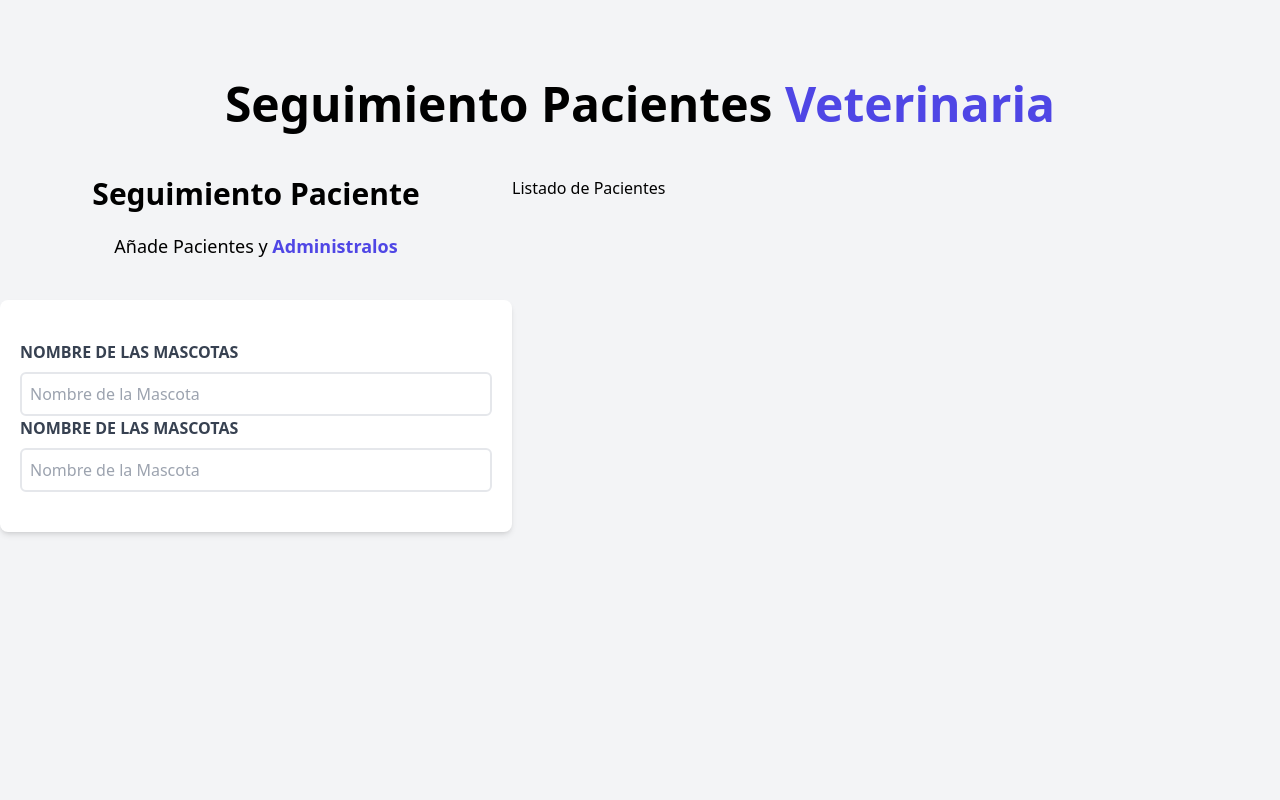
Repository: richardacb/citas_react_vite
Page: /
The author's editor kept a copy of each file at every save. The page is drawn from the files as they stood at one save, then again after a run of saves.
The browser window is 1280 px wide. The pictures show the whole page.
The project was rebuilt for these pictures with package versions that can differ from the ones it lists, and the page was loaded fresh each time. Also part of the build but not shown: vite.config.js.

Above is the page before, as saved 2022-12-17 02:48:52.

### src/App.jsx
import { useState } from "react";
import Header from "./components/Header";
import Formulario from "./components/Formulario";
import ListadoPacientes from "./components/ListadoPacientes";

function App() {
  return (
    <div className="container mx-auto mt-20">
      <Header />
      <div className="mt-12 md:flex">
        <Formulario />
        <ListadoPacientes />
      </div>
    </div>
  );
}

export default App;

### src/components/Header.jsx
function Header() {
  return (
    <>
        <h1 className="font-black text-5xl text-center md:w-2/3 mx-auto">Seguimiento Pacientes {''}
         <span className="text-indigo-600">Veterinaria</span></h1>
    </>
  );
}

export default Header;

### src/components/Formulario.jsx
const Formulario = () => {
    return (
        <div className="md:w-1/2 lg:w-2/5">
            <h2 className="font-black text-3xl text-center">Seguimiento Paciente</h2>

            <p className="text-lg mt-5 text-center mb-10">
                Añade Pacientes y {''} <span className="text-indigo-600 font-bold">Administralos</span>
            </p>

            <form className="bg-white shadow-md rounded-lg py-10 px-5">
                <div>
                    <label  htmlFor="mascota" className="block text-gray-700 uppercase font-bold">
                        Nombre de las Mascotas
                    </label>
                    <input
                        id="mascota"
                        type="text"
                        placeholder="Nombre de la Mascota"
                        className="border-2 w-full p-2 mt-2 placeholder-gray-400 rounded-md"
                    />
                </div>

                <div>
                    <label  htmlFor="mascota" className="block text-gray-700 uppercase font-bold">
                        Nombre de las Mascotas
                    </label>
                    <input
                        id="mascota"
                        type="text"
                        placeholder="Nombre de la Mascota"
                        className="border-2 w-full p-2 mt-2 placeholder-gray-400 rounded-md"
                    />
                </div>

            </form>
        </div>
    )
}

export default Formulario;

### src/components/ListadoPacientes.jsx
const ListadoPacientes = () => {
  return (
    <div className="w-1/2 lg:w-3/5">
      <h2>Listado de Pacientes</h2>
    </div>
  );
};

export default ListadoPacientes;

Loaded but not shown: index.html (common file); src/main.jsx (common file); src/index.css (common file); tailwind.config.cjs (common file)

After the next 2 saves:
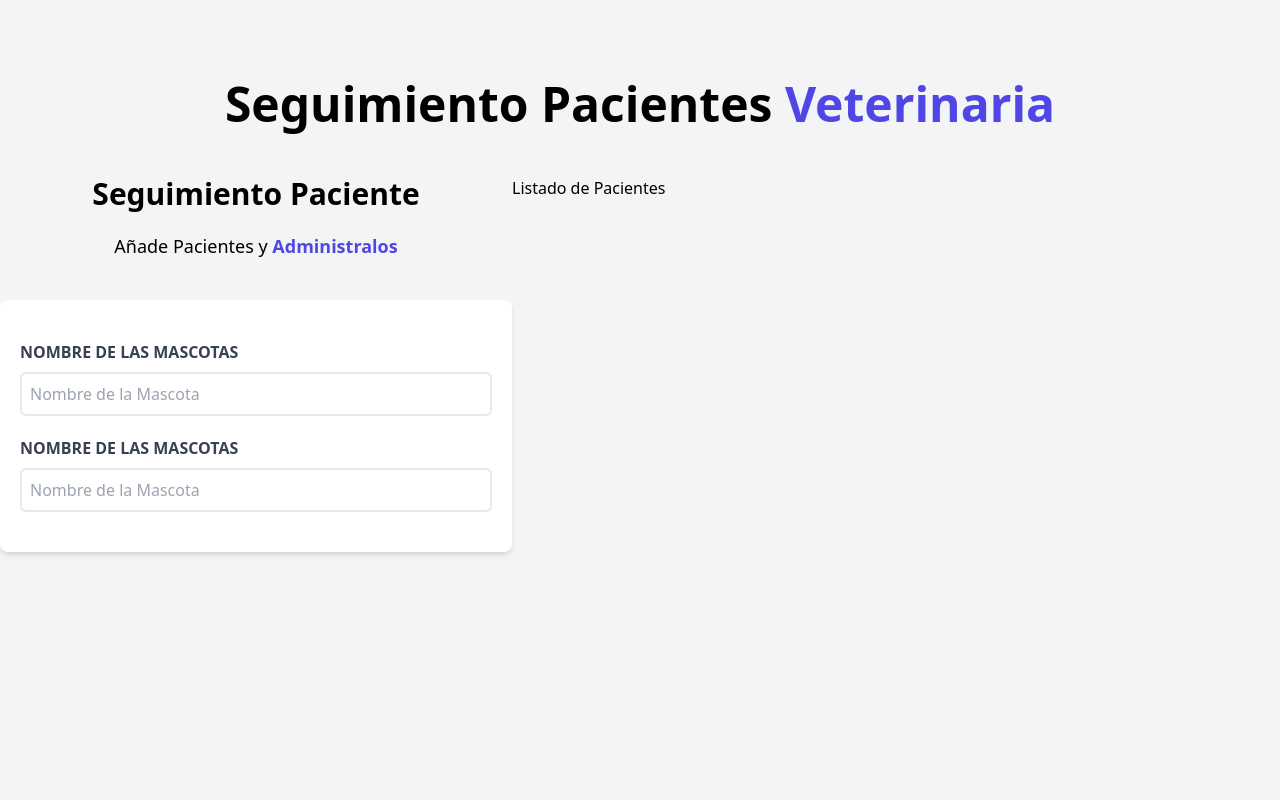
The 2 saves are shown as one change because they came seconds apart.
The last was saved 11 s later.
--- a/src/components/Formulario.jsx
+++ b/src/components/Formulario.jsx
@@ -8,7 +8,7 @@ const Formulario = () => {
             </p>
 
             <form className="bg-white shadow-md rounded-lg py-10 px-5">
-                <div>
+                <div className="mb-5">
                     <label  htmlFor="mascota" className="block text-gray-700 uppercase font-bold">
                         Nombre de las Mascotas
                     </label>
